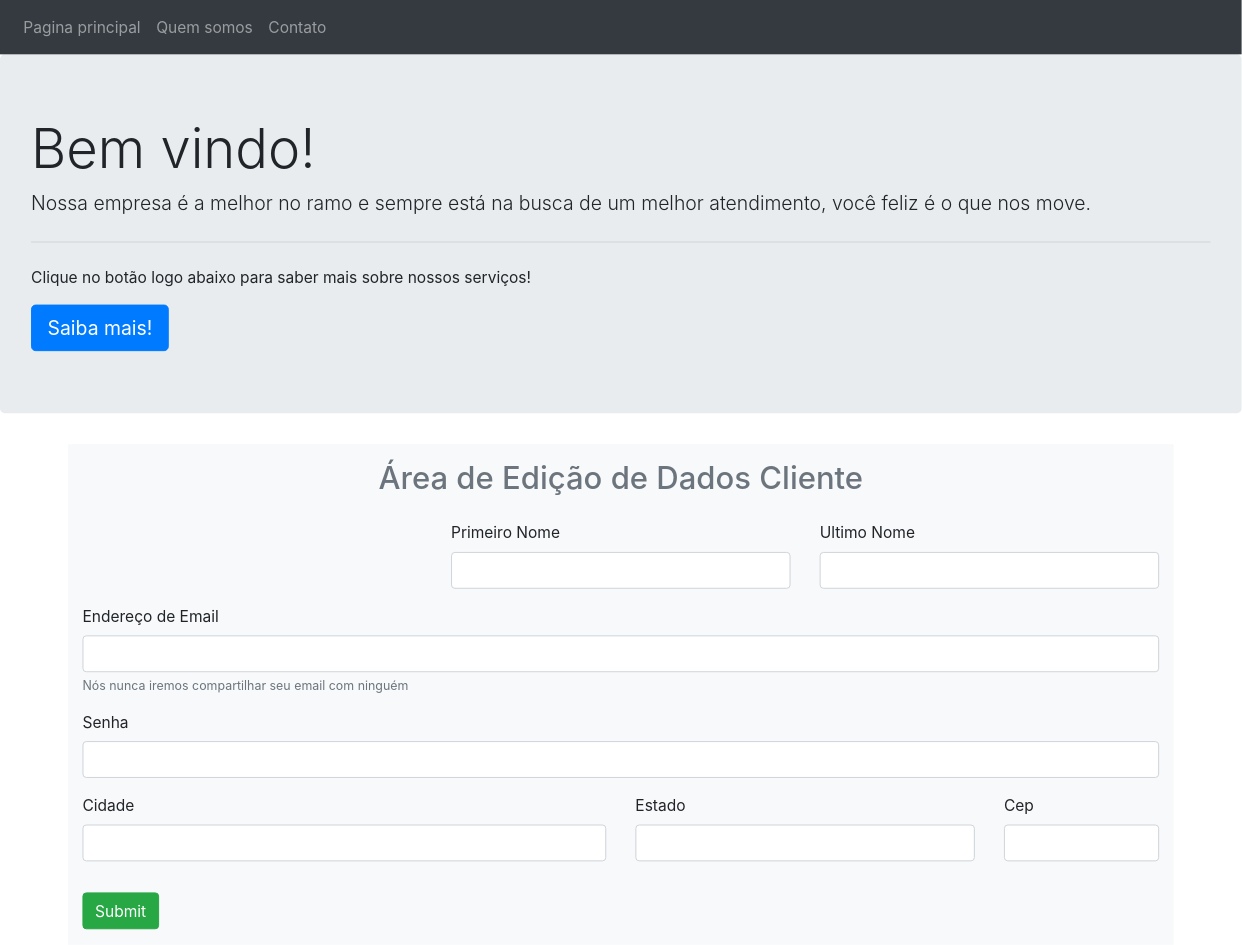
Repository: Ticapril/CRUD-JAVA
Page: http://localhost/CRUD-Java/AlterarCliente.jsp
An editor plug-in stored every save of this project. The page is shown before and after the next save, followed by the edit.
The browser window is 1280 px wide. The pictures show the whole page, at 97% of full size.
The page is served by Tomcat 9. The template is opened directly, without the code that normally fills it, so the values that code supplies are empty.

Above is the page before, as saved 2020-11-25 22:46:06.

After the next save:
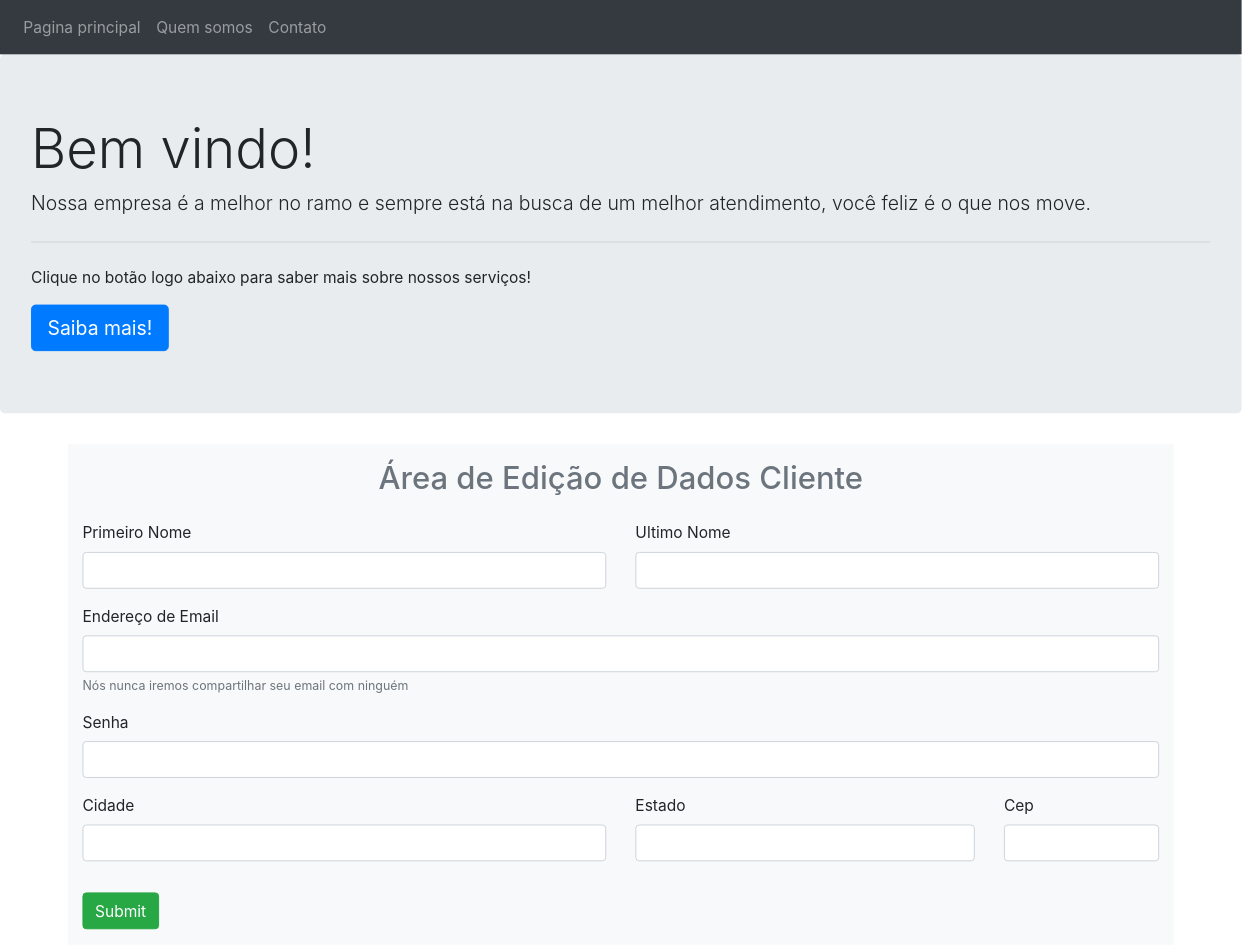
Saved 10 s later.
--- a/CRUD-Java/WebContent/AlterarCliente.jsp
+++ b/CRUD-Java/WebContent/AlterarCliente.jsp
@@ -45,9 +45,9 @@
 			<div class="form-group">
 				<div class="row">
 
-					<div class="col">
+
 						<input type="hidden" name="id" id="id" value="${cliente.id}"/>
-					</div>
+
 
 					<div class="col">
 						<label for="exampleInputNome">Primeiro Nome</label>
